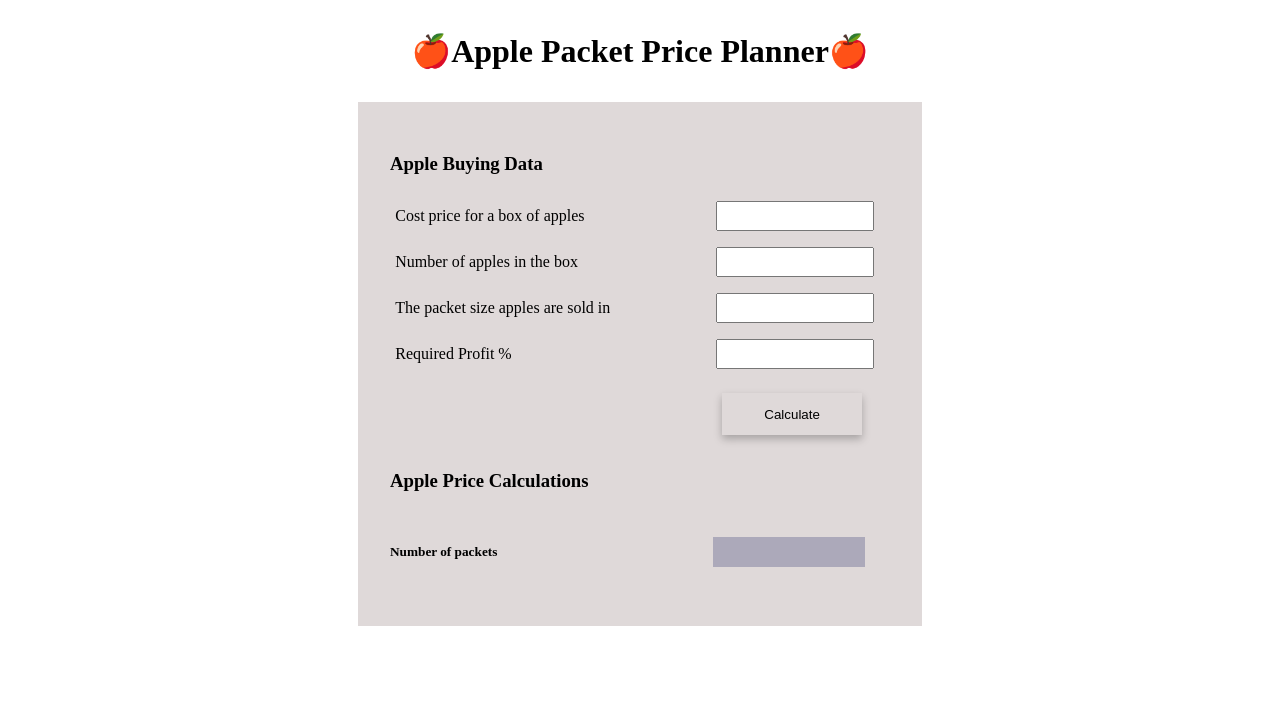
Repository: lasity34/apple-packet-price-planner
Page: index.html
The author's editor kept a copy of each file at every save. The page is drawn from the files as they stood at one save, then again after the next save.
The browser window is 1280 px wide. The pictures show the whole page.

Above is the page before, as saved 2023-05-29 13:46:58.

### index.html
<!DOCTYPE html>
<html lang="en">
  <head>
    <meta charset="UTF-8" />
    <meta http-equiv="X-UA-Compatible" content="IE=edge" />
    <meta name="viewport" content="width=device-width, initial-scale=1.0" />
    <title>Apple Packet Price Planner</title>
    <link href="./style.css" rel="stylesheet" />
  </head>
  <body>
    <h1>🍎Apple Packet Price Planner🍎</h1>
    <main>
      <h3>Apple Buying Data</h3>
      <div class="data_input">
      <section class="input_section">
        <div class="input_container">
          <label for="apple_price">Cost price for a box of apples</label><br />
          <input
            type="number"
            id="apple_price"
            name="apple_price"

          /><br />
        </div>
      </section>
      <section class="input_section">
        <div class="input_container">
          <label for="apple_num">Number of apples in the box</label><br />
          <input type="number" id="apple_num" name="apple_num"  /><br />
        </div>
      </section>
      <section class="input_section">
        <div class="input_container">
          <label for="packet_size">The packet size apples are sold in</label><br />
          <input type="number" id="packet_size" name="packet_size" /><br />
        </div>
      </section>
      <section class="input_section">
        <div class="input_container">
          <label for="profit_required">Required Profit %</label><br />
          <input type="number" id="profit_required" name="profit_required"/><br />
        </div>
      </section>
      <div class="btn_container">
        <div></div>
        <button class="calculate_btn">Calculate</button>
      </div>
    </div>
   <section class="data_display">
    <h3>Apple Price Calculations</h3>
    <div class="data_container">
      <h5>Number of packets</h5>
      <h5 class="packets_display"></h5>
    </div>

   </section>
    </main>
  </body>
  <script src="./apple-factory.js"></script>
  <script src="./apple-dom.js"></script>
</html>

### style.css

h1 {
    text-align: center;
    margin: 1em;
}

main {
    background-color: rgb(223, 217, 217);
    margin: 0 auto;
    padding: 2em;
    width: 70%;
    max-width: 500px;
}

.input_section {
    padding: 0.5em 0;
}

.input_container {
    display: flex;
    justify-content: space-around;
    height: 30px;
}

.input_container input {
    width: 30%;
}

.input_container label {
    width: 60%;
   align-self: center;
}

.btn_container {
    display: flex;
    justify-content: space-around;
    padding: 1em;

}

.btn_container div {
    width: 60%;
}

.calculate_btn {
    background-color: rgb(223, 217, 217);
    width: 30%;
    padding: 1em;
    border: none;
    box-shadow: 0px 4px 8px rgba(0, 0, 0, 0.25);
}

.data_container {
    display: flex;
    justify-content: space-between;
    width: 95%;

}

.data_container h5:nth-of-type(1) {
    align-self: center;
}

.data_container h5:nth-of-type(2) {
  font-size: 1rem;
    display: flex;
    justify-content: center;
    align-items: center;
    width: 32%;
    height: 30px;
    background-color: rgb(172, 169, 186);
}

### apple-factory.js


function apple_factory(price, num, size, profit) {

    let apple_cost_price = price || 0;
    let num_apples = num || 0;
    let packet_size = size || 0;
    let profit_required = profit || 0;

    function apple_price(price) {
        apple_cost_price = price
    }

     function apple_count(num) {
        num_apples = num
     }

     function apple_size(packet) {
        packet_size = packet
     }

     function profit_input(input) {
        profit_required = input
     }

    function apples_price_length() {
        return apple_cost_price
    }

    function apple_count_length() {
        return num_apples
    }

    function apple_size_length() {
        return packet_size
    }

    function profit_required_length() {
        return profit_required
    }

    function number_of_packets() {
        const num_packets = Math.floor( num_apples / packet_size)
        return num_packets
    }

    function cost_per_apple() {
        const price_per_apple = num_apples / apple_cost_price
        return price_per_apple
    }

    return {
        apple_price,
        apples_price_length,
        apple_count,
        apple_count_length,
        apple_size,
        apple_size_length,
        profit_input,
        profit_required_length,
        number_of_packets,
        cost_per_apple


    }
}

### apple-dom.js
const calculate_btn = document.querySelector(".calculate_btn");
const apple_cost_input = document.getElementById("apple_price").value;
const apple_num_input = document.getElementById("apple_num").value;
const packet_size_input = document.getElementById("packet_size").value;
const profit_required_input = document.getElementById("profit_required").value;
const num_packet_display = document.querySelector(".packets_display")



const apple_fact = apple_factory(apple_cost_input, apple_num_input, packet_size_input, profit_required_input);

function apple_dom() {

num_packet_display.innerText = apple_fact.number_of_packets()

}

calculate_btn.addEventListener("click", apple_dom);

After the next save:
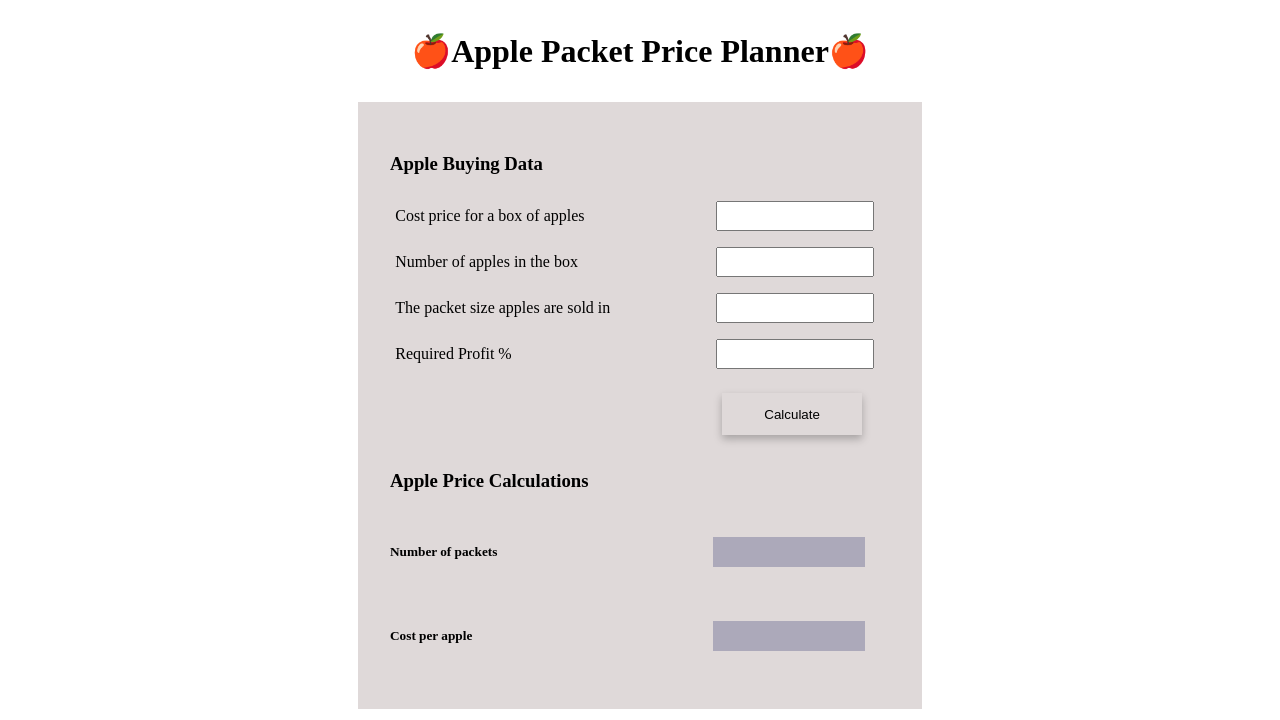
Saved 65 s later.
--- a/index.html
+++ b/index.html
@@ -52,7 +52,10 @@
       <h5>Number of packets</h5>
       <h5 class="packets_display"></h5>
     </div>
-
+    <div class="data_container">
+      <h5>Cost per apple</h5>
+      <h5 class="cost_per_apple_display"></h5>
+    </div>
    </section>
     </main>
   </body>
